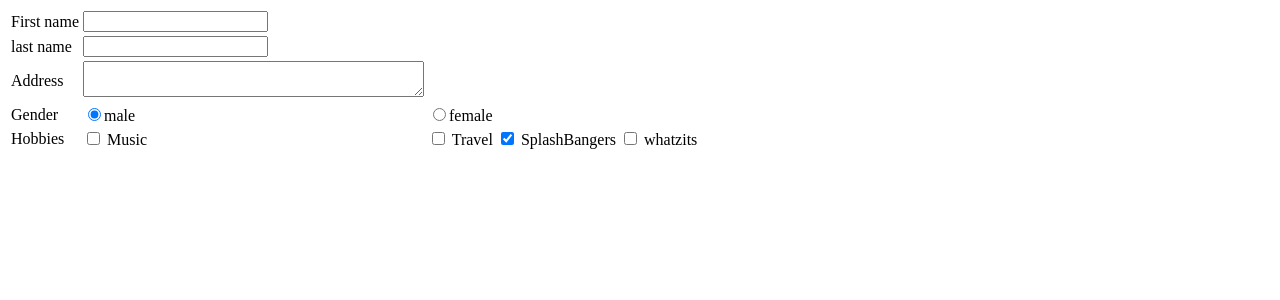
Repository: PoojaShirwaikar/BlockhainTest
Page: javascript/jQueryAssignment2/WebContent/ques10.html
The author's editor kept a copy of each file at every save. The page is drawn from the files as they stood at one save, then again after the next save.
The browser window is 1280 px wide. The pictures show the whole page.
Some web libraries are served in a nearby version.

Above is the page before, as saved 2017-11-14 11:35:39.

### javascript/jQueryAssignment2/WebContent/ques10.html
<!DOCTYPE html>
<html>
<head>
<meta charset="ISO-8859-1">
<title>Insert title here</title>
<script src="https://code.jquery.com/jquery-3.2.1.js"></script>
<script>
	$(function() {
		$("table tr").hover(function() {
			alert(this.parentNode);
		})

	});
</script>
</head>
<body>
	<form action="\" method="post">

		<table>
			<tbody>
				<tr>
					<td>First name</td>
					<td><input id="FirstName" type="text" />
				</tr>
				<tr>
					<td>last name</td>
					<td><input id="lastName" type="text" />
				</tr>
				<tr>
					<td>Address</td>
					<td><textarea id="address" cols="40" name="address"></textarea></td>
				</tr>
				<tr>
					<td>Gender</td>
					<td><input id="male" type="radio" checked="checked"
						name="gender" />male</td>
					<td><input id="female" type="radio" name="gender" />female</td>

				</tr>
				<tr>
					<td>Hobbies</td>
					<td><input id="checkbox1" type="checkbox" /> <lable
							for="checkbox1">Music</lable></td>
					<td><input id="checkbox2" type="checkbox" /> <lable
							for="checkbox2">Travel</lable></td>
					<td><input id="checkbox3" type="checkbox" checked="checked" />
						<lable for="checkbox3">SplashBangers</lable></td>
					<td><input id="checkbox4" type="checkbox" /> <lable
							for="checkbox4">whatzits</lable></td>
				</tr>


			</tbody>
		</table>
	</form>
</body>
</html>

After the next save:
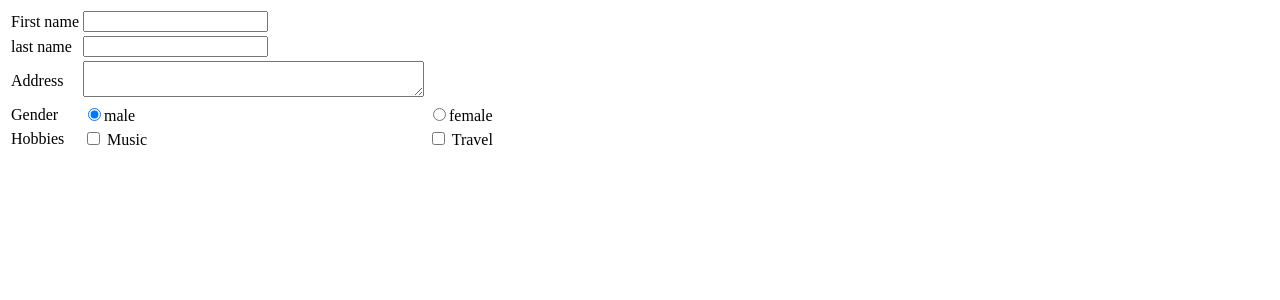
Saved 11 s later.
--- a/javascript/jQueryAssignment2/WebContent/ques10.html
+++ b/javascript/jQueryAssignment2/WebContent/ques10.html
@@ -43,10 +43,6 @@
 							for="checkbox1">Music</lable></td>
 					<td><input id="checkbox2" type="checkbox" /> <lable
 							for="checkbox2">Travel</lable></td>
-					<td><input id="checkbox3" type="checkbox" checked="checked" />
-						<lable for="checkbox3">SplashBangers</lable></td>
-					<td><input id="checkbox4" type="checkbox" /> <lable
-							for="checkbox4">whatzits</lable></td>
 				</tr>
 
 
